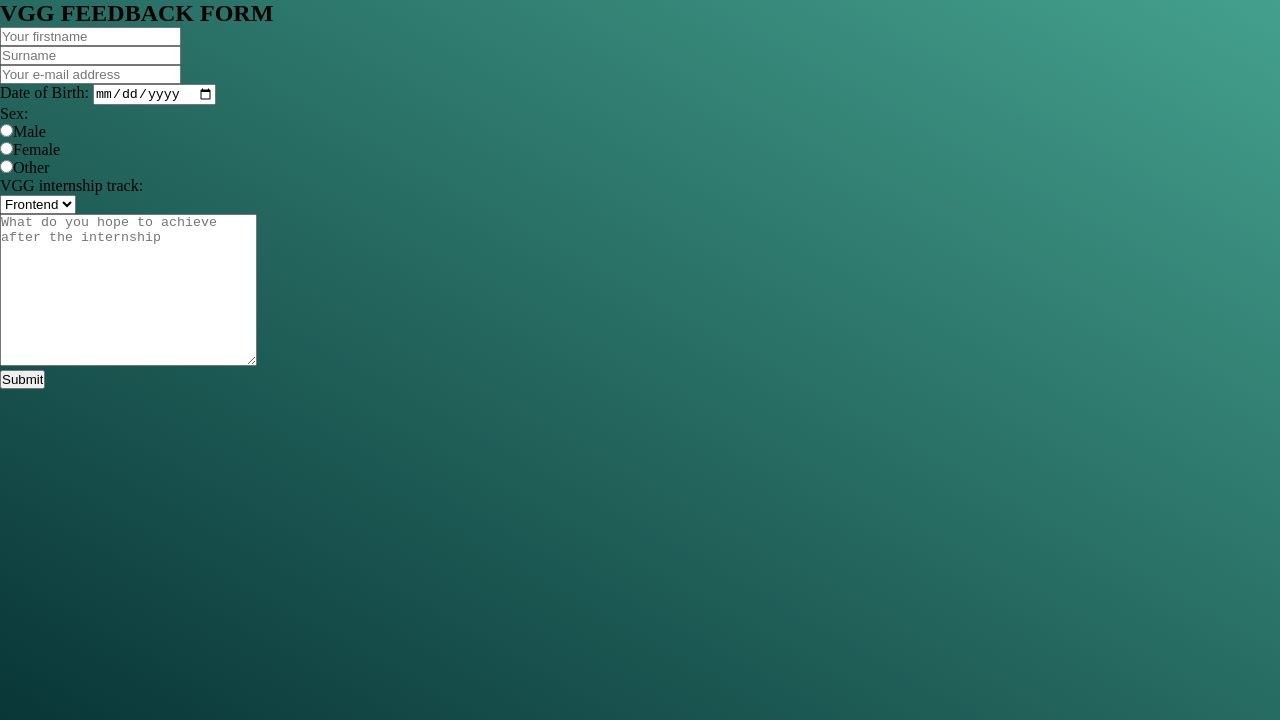
Repository: iphyokafor/VGG-Feedback-form
Page: index.html
These files come from the project's save history. The page is drawn as it stood at one moment and after the next save; the edit follows.
The browser window is 1280 px wide. The pictures show the whole page.

Above is the page before, as saved 2020-01-12 22:04:10.

After the next save:
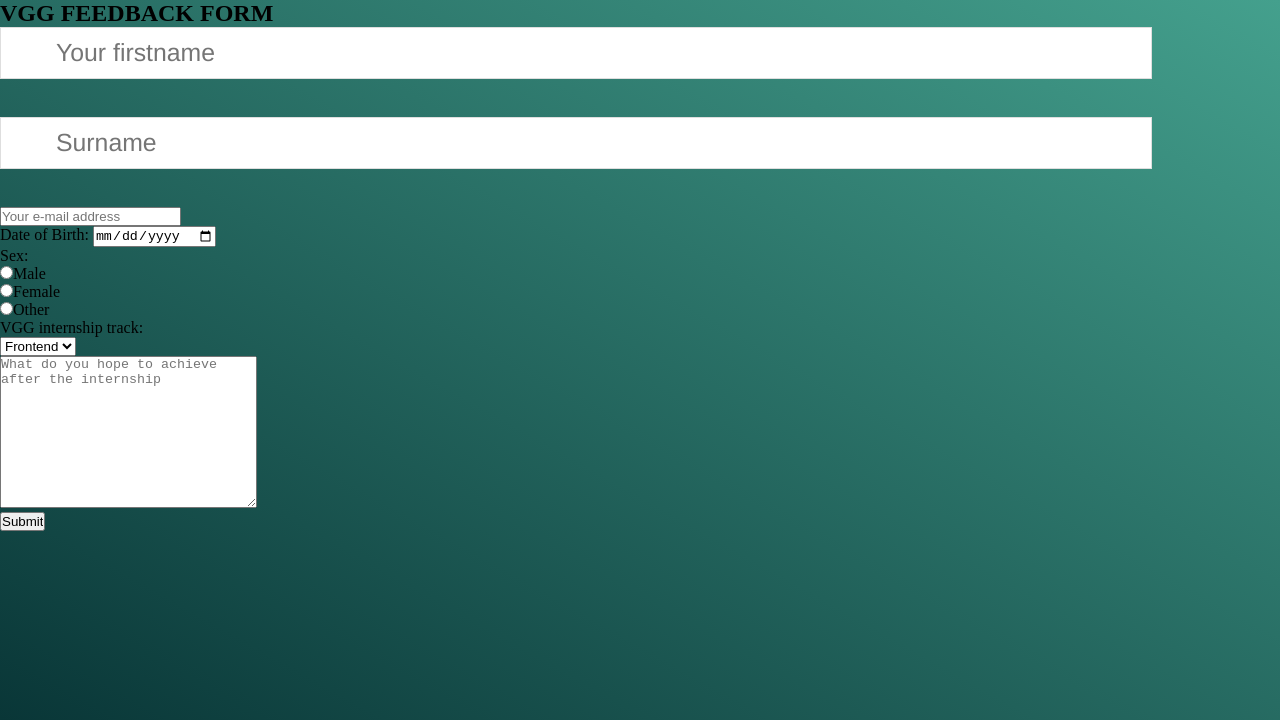
Saved 8 min 38 s later.
--- a/style.css
+++ b/style.css
@@ -20,3 +20,17 @@ form {
     /* margin: auto;
     padding: 20px; */
 }
+
+#VGG-form .txtinput {
+    display: block;
+    font-family: "helvetica neue", Arial, Helvetica, sans-serif;
+    border-style: solid;
+    border-width: 1px;
+    border-color: #dedede;
+    margin-bottom: 20px;
+    font-size: 1.55em;
+    padding: 11px 25px;
+    padding-left: 55px;
+    width: 90%;
+    color: #777;
+}
